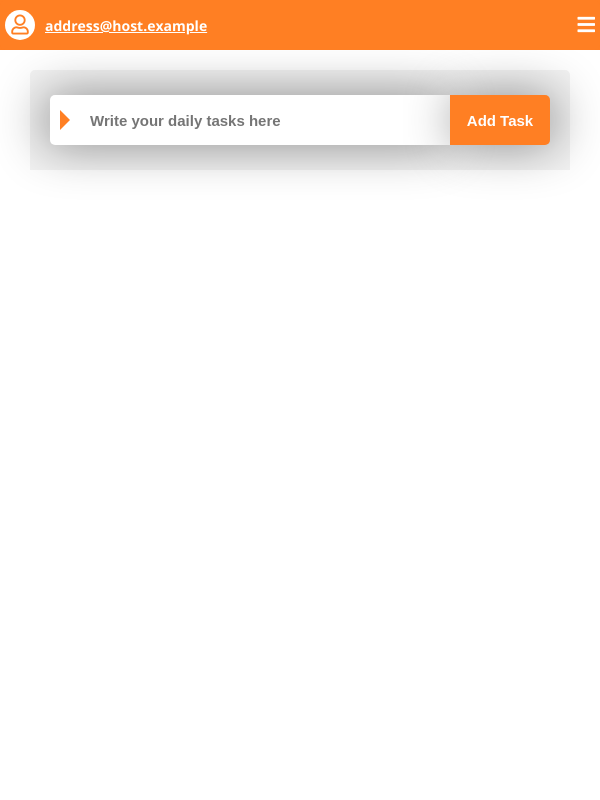
Repository: OmarEssameldinMousa/To-do-list-level01
Page: index.html
An editor plug-in stored every save of this project. The page is shown before and after the next save, followed by the edit.
The browser window is 600 px wide. The pictures show the whole page.

Above is the page before, as saved 2023-08-10 01:14:47.

### index.html
<!DOCTYPE html>
<html lang="en">

<head>
    <meta charset="UTF-8">
    <meta name="viewport" content="width=device-width, initial-scale=1.0">
    <title>ToDo</title>
    <link rel="stylesheet" href="main.css">
    <link rel="preconnect" href="https://fonts.gstatic.com" />
    <link rel="stylesheet" href="css/all.min.css">
    <link href="https://fonts.googleapis.com/css2?family=Open+Sans:wght@400;700&display=swap" rel="stylesheet" />
</head>

<body>
    <div class="dashboard">
        <div class="nav">
            <div class="navigation">
                <div class="profile">
                    <div class="profile-pic">
                        <i class="fa-regular fa-user"></i>
                    </div>
                    <h3>address@host.example</h3>
                    <i class="fa-solid fa-bars" style="color: #ffffff;"></i>
                </div>
                <ul>
                    <li>
                        <span class="toggle"></span>
                        <span class="title">option</span>
                        <i class="fa-solid fa-plus"></i>
                    </li>
                    <li>
                        <span class="toggle"></span>
                        <span class="title">option</span>
                        <i class="fa-solid fa-plus"></i>
                    </li>
                    <li>
                        <span class="toggle"></span>
                        <span class="title">option</span>
                        <i class="fa-solid fa-plus"></i>
                    </li>
                    <li>
                        <span class="toggle"></span>
                        <span class="title">option</span>
                        <i class="fa-solid fa-plus"></i>
                    </li>
                    <li>
                        <span class="toggle"></span>
                        <span class="title">option</span>
                        <i class="fa-solid fa-plus"></i>
                    </li>
                    <li>
                        <span class="toggle"></span>
                        <span class="title">option</span>
                        <i class="fa-solid fa-plus"></i>
                    </li>
                    <li>
                        <span class="toggle"></span>
                        <span class="title">option</span>
                        <i class="fa-solid fa-plus"></i>
                    </li>
                    <li>
                        <span class="toggle"></span>
                        <span class="title">option</span>
                        <i class="fa-solid fa-plus"></i>
                    </li>
                </ul>
            </div>
        </div>
        <div class="workstation">
            <div class="container">
                <div class="form">
                    <div>
                        <span></span>
                        <input type="text" class="input" placeholder="Write your daily tasks here">
                    </div>
                    <input type="submit" class="add" value="Add Task">
                </div>
                <!-- separator -->
                <div class="tasks">
                    <div class="tasks-numbers">

                    </div>
                    <div class="tasks-container">

                    </div>
                </div>
            </div>
        </div>
    </div>
    <script src="main.js"></script>
</body>

</html>

### main.css
:root {
    --main-color: rgba(235, 235, 235, 0.6);
    --secondery-color: #ff7f23;
}

* {
    -webkit-box-sizing: border-box;
    -moz-box-sizing: border-box;
    box-sizing: border-box;
    padding: 0;
    margin: 0;
}

body {
    font-family: "Open Sans", sans-serif;
    background-image: url(backgroundimage.jpg);
    background-repeat: no-repeat;
    background-size: cover;
    position: relative;
    height: 100%;
}


ul {
    list-style: none;
}


.dashboard {
    display: flex;
    height: 100%;
    width: 100%;
    column-gap: 0px;
}

.nav {
    width: 25%;
    height: 100%;
    position: relative;
    margin-top: 20px;
    border-radius: 5px;
}

.nav .navigation {
    height: 100%;
    width: 100%;
    position: relative;
}

.nav .navigation .profile {
    width: 100%;
    height: 50px;
    background-color: var(--secondery-color);
    display: flex;
    align-items: center;
    /* border-bottom: 5px solid white; */
    border-radius: 5px;
    position: relative;
}

.nav .navigation .profile .profile-pic {
    border-radius: 50%;
    background-color: white;
    height: 30px;
    width: 30px;
    display: flex;
    align-items: center;
    justify-content: center;
    margin-left: 5px;
}

.nav .navigation .profile i {
    font-size: 20px;
    color: var(--secondery-color);
}

.nav .navigation .profile h3 {
    font-size: 14px;
    padding-left: 10px;
    text-decoration: underline;
    color: white;
}

.nav .navigation ul {
    width: 100%;
    margin: auto;
    margin-top: 5px;
    padding: 5px;
    background: var(--main-color);
    border-bottom-left-radius: 5px;
    border-bottom-right-radius: 5px;
    border-bottom: 5px solid #ff7f23;
}

.nav .navigation ul li {
    padding: 5px;
    height: 30px;
    background-color: white;
    margin-bottom: 5px;
    border-radius: 1px;
    border-left: 5px solid #ff7f23;
    display: flex;
    align-items: center;
    transition: 0.3s;
}


.nav .navigation ul li:hover .toggle {
    padding-left: 10px;
}

.fa-solid.fa-plus {
    position: absolute;
    right: 15px;
    font-size: 25px;
    color: #ff7f23;
    font-weight: bold;
}

li .toggle {
    border: 10px solid var(--secondery-color);
    border-color: transparent transparent transparent #ff7f23;
    transition: 0.3s;
}

.workstation {
    height: 100%;
    position: relative;
    flex: 1;
}

.container {
    width: 100%;
    min-height: 50px;
    background-color: transparent;
    z-index: 1;
    position: absolute;
}

.container .form {
    width: 90%;
    height: 100px;
    background-color: var(--main-color);
    margin: 20px auto;
    border-top-right-radius: 5px;
    border-top-left-radius: 5px;
    text-align: center;
    position: relative;
    display: flex;
    justify-content: center;
    align-items: center;
    padding-left: 20px;
    padding-right: 20px;
}

.container .tasks {
    width: 90%;
    background-color: var(--main-color);
    margin: 20px auto;
    display: flex;
    border-bottom-left-radius: 5px;
    border-bottom-right-radius: 5px;
}

.container .form .input,
.container .form .add {
    display: block;
    height: 50px;
}

.container .form div {
    width: 80%;
    border-bottom-left-radius: 5px;
    border-top-left-radius: 5px;
    border: 0px solid;
    box-shadow: -5px 0 50px 0px #00000073;
    background-color: white;
    display: flex;
    justify-content: flex-end;
    align-items: center;
}

.container .form div span {
    border: 10px solid #ff7f23;
    border-color: transparent transparent transparent #ff7f23;
    margin-right: 10px;
    margin-left: 10px;
}

.container .form div .input {
    outline: 0;
    font-size: 15px;
    border: 0px solid;
    font-weight: bold;
    width: 90%;
}

.container .form .add {
    width: 100px;
    border: 0px solid;
    background-color: #ff7f23;
    color: white;
    font-weight: bold;
    font-size: 15px;
    border-bottom-right-radius: 5px;
    border-top-right-radius: 5px;
    box-shadow: 5px 0 50px 0px #00000073;
}

.container .tasks .tasks-container {
    width: 80%;
    display: flex;
    flex-direction: column;
    align-items: center;
    align-content: center;
    flex: 1;
}

.container .tasks .tasks-container .task {
    width: 80%;
    height: 50px;
    border-radius: 5px;
    border: 0px solid;
    box-shadow: -5px 0 50px 0px #00000073;
    background-color: white;
    margin: 10px 0;
    position: relative;
    display: flex;
    align-items: center;
}

.container .tasks .tasks-container .task i {
    margin-left: 10px;
    margin-right: 10px;
    color: var(--secondery-color);
}


.container .tasks .tasks-container .task::after {
    content: "";
    width: 10%;
    height: 100%;
    background-color: #ff7f23;
    position: absolute;
    top: 0;
    left: 90%;
    z-index: 0;
    border-top-right-radius: 5px;
    border-bottom-right-radius: 5px;
}

.container .tasks .tasks-container .task i:first-of-type {
    position: absolute;
    right: 4%;
    top: 50%;
    transform: translateY(-50%);
    color: white;
    z-index: 1;
    font-size: 20px;
}

.container .tasks .tasks-container .task i:last-of-type {
    position: absolute;
    right: 0%;
    top: 50%;
    transform: translateY(-50%);
    color: white;
    z-index: 1;
    font-size: 20px;
}

.container .tasks .tasks-numbers {
    width: 50px;
    display: flex;
    align-items: center;
    flex-direction: column;
}


.tasks-numbers .repated-line-circle {
    width: 2px;
    height: 70px;
}

.tasks-numbers .line-circle {
    display: flex;
    flex-direction: column;
    width: 100%;
    height: 100%;
    justify-content: space-between;
    align-items: center;
}

.tasks-numbers .line-circle .upper-line {
    width: 100%;
    height: 40%;
    background-color: white;
}

.tasks-numbers .line-circle .circle {
    font-family: 'VT323', monospace;
    width: 20px;
    height: 20px;
    background-color: #ff7f23;
    border-radius: 50%;
    text-align: center;
    position: relative;
    transition: 0.3s;
    animation: gradient-animation 5s infinite alternate;
    border: 1px solid white;
}


.tasks-numbers .line-circle .circle p {
    position: absolute;
    left: 50%;
    top: 50%;
    transform: translate(-50%, -50%);
    font-size: 14px;
    color: white;
}

.line-circle .circle p a {
    text-decoration: none;
}

.tasks-numbers .line-circle .lower-line {
    width: 2px;
    height: 40%;
    background-color: white;
}

.nav .navigation .profile i.fa-solid.fa-bars {
    position: absolute;
    right: 5px;
}


@media (max-width: 767px) {
    body {
        background-image: none;
    }

    .dashboard {
        flex-direction: column;
    }

    .nav {
        margin-top: 0;
        width: 100% !important;
        height: 50px;
        z-index: 2;
    }

    .navigation {
        width: 100%;
        position: absolute;
        background-color: #ff7f23;
    }

    .nav .navigation ul {
        width: 100%;
        display: none;
        box-shadow: 0px 0 30px 0px #000000a9;
    }

    .nav .navigation ul li {
        border: none;
        border-bottom: 1px solid #ff7f23;
        margin: 0;
    }

    .navigation .footer {
        display: none;
    }

    .nav .navigation .profile i.fa-solid.fa-bars {
        display: inline-block;
    }

    .nav .navigation .profile i.fa-solid.fa-bars.second {
        display: none;
    }

}

/* Small */
@media (min-width: 768px) {}

/* Medium */
@media (min-width: 992px) {}

/* Large */
@media (min-width: 1200px) {}

### main.js
let counter = 1;
let counterarray = [];
let tasksDiv = document.querySelector(".tasks-container");
let tasksnumbersDiv = document.querySelector(".tasks-numbers");
let inputbox = document.querySelector(".input");
let inputboxValue = inputbox.value;
let inputbtn = document.querySelector(".add");
let idtentity = 0;
let list = [];
let menu_bars = document.querySelector("i.fa-solid.fa-bars")
let optionsul = document.querySelector(".nav .navigation ul")
let menu_bars2 = document.querySelector("i.fa-solid.fa-bars.second")
let navdiv = document.querySelector(".nav")

function createTaskDiv_NumberDiv() {
    if (inputbox.value != "") {
        let inputbox = document.querySelector(".input");
        let inputboxValue = inputbox.value;
        counterarray.push(counter);
        // craeting task divs
        let taskDiv = document.createElement("div");
        taskDiv.className = "task";
        let i1 = document.createElement("i");
        i1.className = "fa-regular fa-square-check";
        let i2 = document.createElement("i");
        i2.className = "fa-solid fa-clock";
        let i3 = document.createElement("i");
        i3.className = "fa-regular fa-trash-can";
        i3.setAttribute("index", counterarray.length - 1);
        let tasktitle = document.createElement("h4");
        tasktitle.innerHTML = inputboxValue;
        // nesting all childs under each parent
        tasksDiv.appendChild(taskDiv);
        taskDiv.appendChild(i1);
        taskDiv.appendChild(i2);
        taskDiv.appendChild(i3);
        taskDiv.appendChild(tasktitle);
        //creating the numbering divs
        let repatedlinecircleDiv = document.createElement("div");
        repatedlinecircleDiv.className = "repated-line-circle";
        let linecirclediv = document.createElement("div");
        linecirclediv.className = "line-circle";
        let upperlinediv = document.createElement("div");
        upperlinediv.className = "upper-line";
        let circlediv = document.createElement("div");
        circlediv.className = "circle";
        let circleparacontent = document.createElement("p");
        circleparacontent.innerHTML = `${counterarray.length}`;
        let lowerlinediv = document.createElement("div");
        lowerlinediv.className = "lower-line";
        //nesting all childs under each parent
        tasksnumbersDiv.appendChild(repatedlinecircleDiv);
        repatedlinecircleDiv.appendChild(linecirclediv);
        linecirclediv.appendChild(upperlinediv);
        linecirclediv.appendChild(circlediv);
        circlediv.appendChild(circleparacontent);
        linecirclediv.appendChild(lowerlinediv);
        // after adjustments
        list.push({ "id": idtentity, "title": inputbox.value, });
        window.localStorage.setItem("tasks", JSON.stringify(list));
        inputbox.value = "";
        counter++;
        idtentity++;
        inputbox.focus();
    }
}

inputbtn.addEventListener("click", createTaskDiv_NumberDiv);

document.addEventListener("click", function (e) {
    if (e.target.className === "fa-regular fa-trash-can") {
        let n = 1;
        // deleting from BOM - local storage
        let storedTasks = JSON.parse(window.localStorage.getItem("tasks"))
        storedTasks.filter(a => a.id != e.index);
        list = storedTasks;
        window.localStorage.clear()
        window.localStorage.setItem("tasks", JSON.stringify(storedTasks));
        // deleting from the DOM
        e.target.parentElement.parentElement.previousElementSibling.lastChild.remove();
        counterarray.pop();
        counter--;
        e.target.parentElement.remove();
        document.querySelectorAll(".circle p").forEach(element => {
            element.innerHTML = n;
            n++;
        });
    }
})

menu_bars.addEventListener("click", function () {
    if (optionsul.style.display == "block") {
        optionsul.style.display = "none"
    } else {
        optionsul.style.display = "block"
    }
})

Loaded but not shown: css/all.min.css (library)

After the next save:
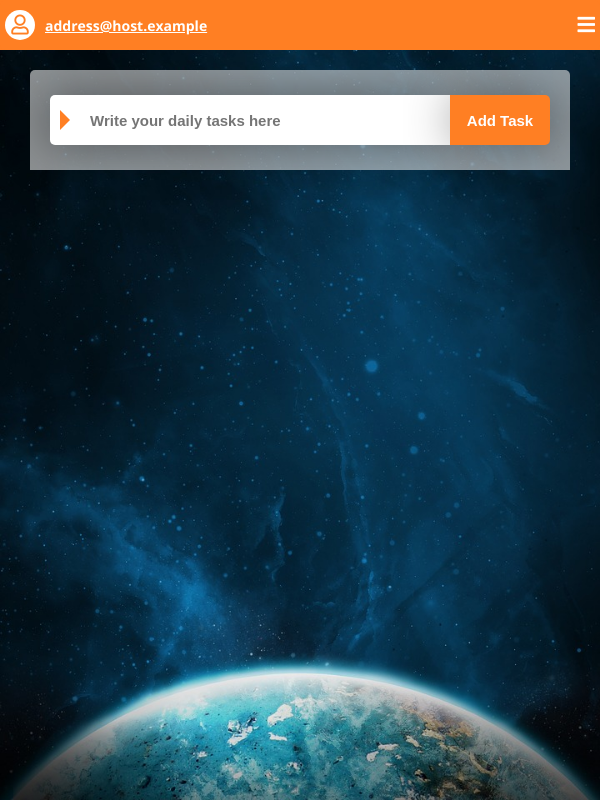
Saved 2 min 30 s later.
--- a/main.css
+++ b/main.css
@@ -338,7 +338,8 @@ li .toggle {
 
 @media (max-width: 767px) {
     body {
-        background-image: none;
+        background-image: url(longphoto.jpg);
+
     }
 
     .dashboard {
